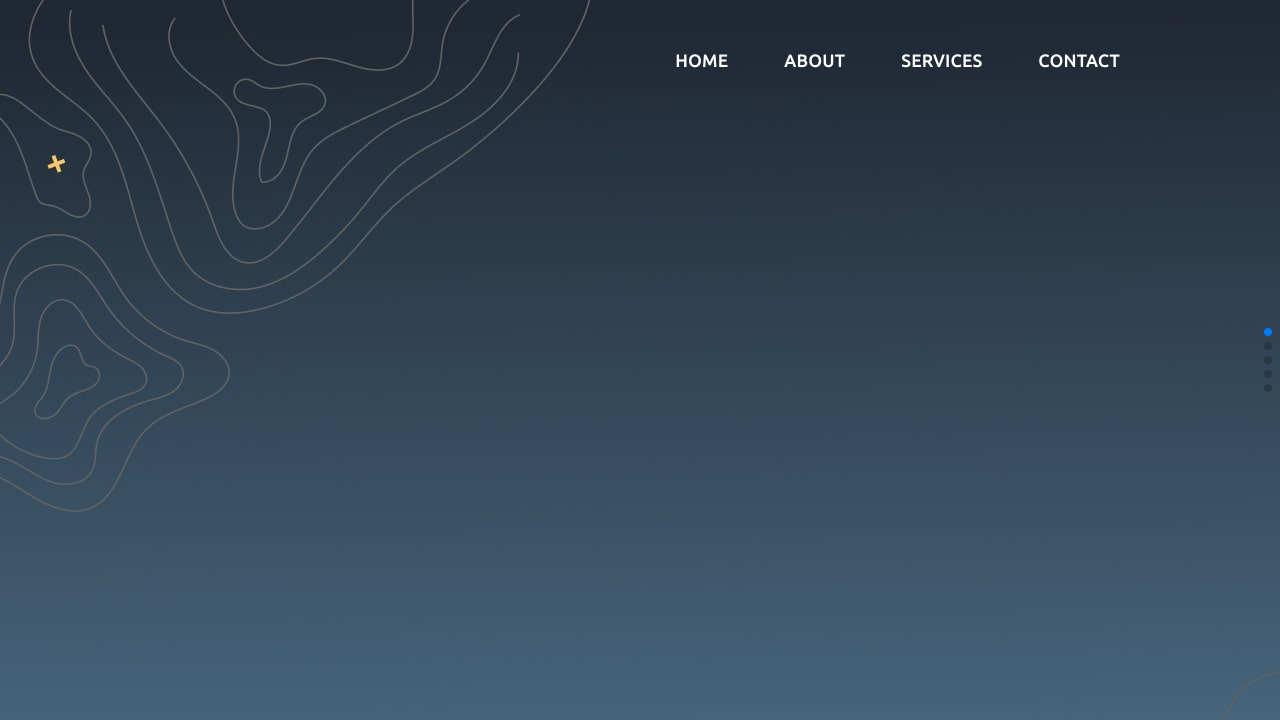
Repository: jiahow99/Add-Commerce
Page: index.html
An editor plug-in stored every save of this project. The page is shown before and after the next save, followed by the edit.
The browser window is 1280 px wide. The pictures show the whole page.
Some web libraries are served in a nearby version.

Above is the page before, as saved 2023-06-06 17:17:26.

After the next save:
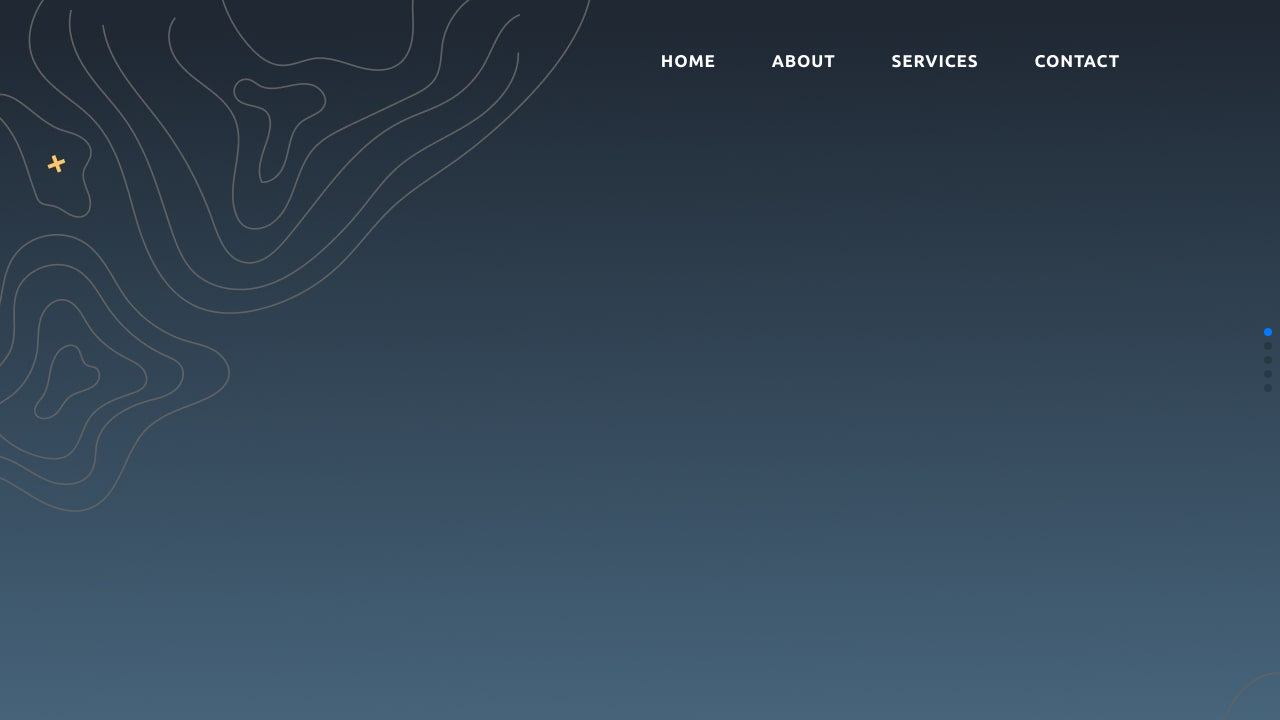
Saved 30 s later.
--- a/style.css
+++ b/style.css
@@ -1,4 +1,4 @@
-@import url('https://fonts.googleapis.com/css2?family=Ubuntu&display=swap');
+@import url('https://fonts.googleapis.com/css2?family=Ubuntu:wght@700&display=swap');
 
 * {
     font-family: 'Ubuntu', sans-serif;
